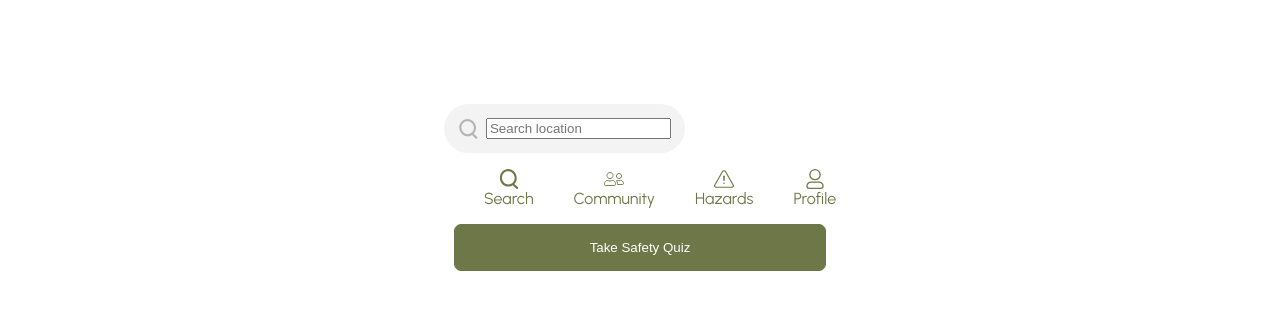
Repository: Aladdin3r/SafeCycle
Page: /
The author's editor kept a copy of each file at every save. The page is drawn from the files as they stood at one save, then again after the next save.
The browser window is 1280 px wide. The pictures show the whole page.
The project was rebuilt for these pictures with package versions that can differ from the ones it lists, and the page was loaded fresh each time. The framework's server and built-in components were replaced by stand-ins that run in the browser.

Above is the page before, as saved 2024-04-15 12:07:33.

After the next save:
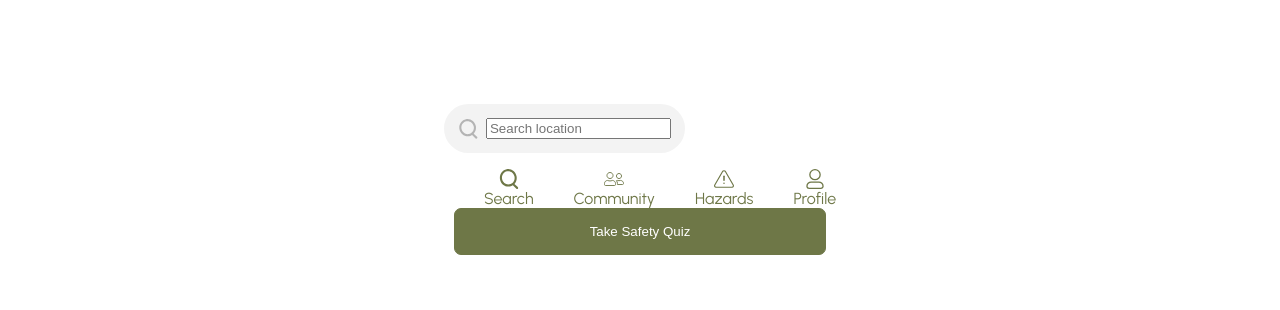
Saved 5 s later.
--- a/components/NavBar/NavBar.module.css
+++ b/components/NavBar/NavBar.module.css
@@ -25,7 +25,7 @@
     list-style-type: none;
     background-color: white;
     color: var(--button-color);
-
+    margin-bottom: 0;
 }
 
 .navigation li {

After the save that followed:
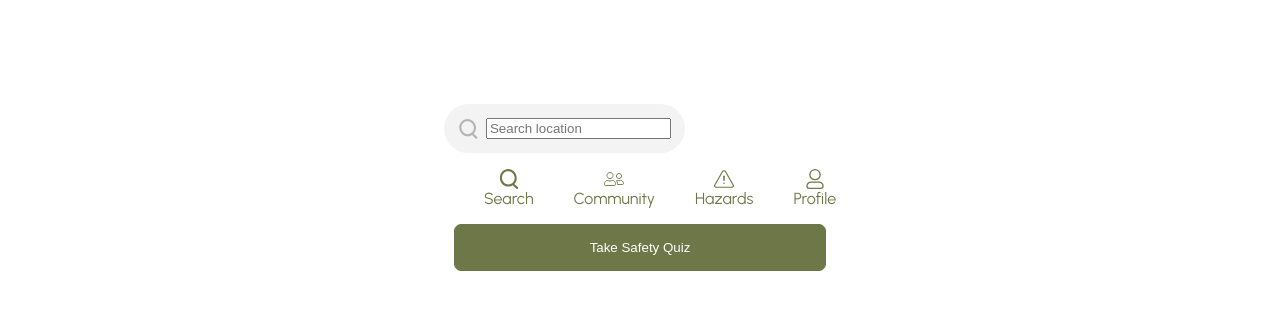
Saved 4 s later.
--- a/components/NavBar/NavBar.module.css
+++ b/components/NavBar/NavBar.module.css
@@ -25,7 +25,6 @@
     list-style-type: none;
     background-color: white;
     color: var(--button-color);
-    margin-bottom: 0;
 }
 
 .navigation li {
